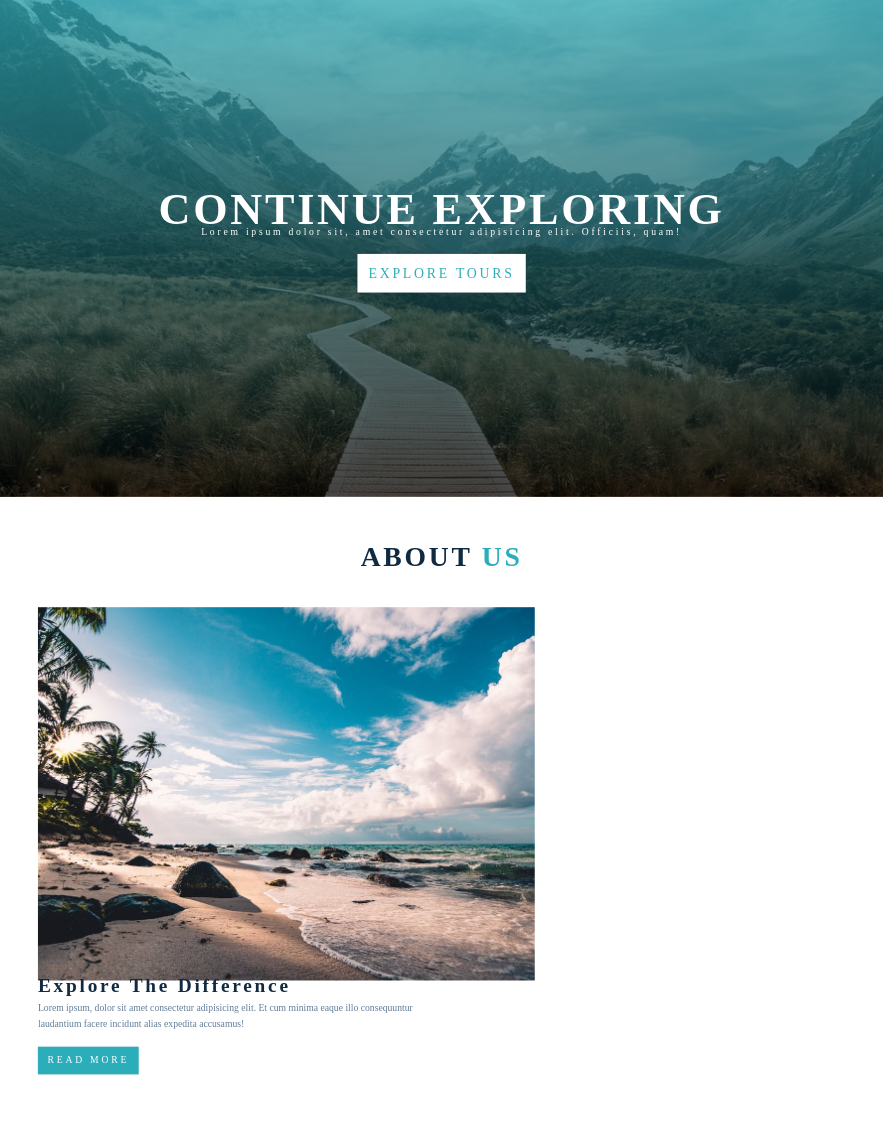
Repository: Ndifoinhilary/flexbox-project
Page: index.html
These files come from the project's save history. The page is drawn as it stood at one moment and after the next save; the edit follows.
The browser window is 1280 px wide. The pictures show the whole page, at 69% of full size.

Above is the page before, as saved 2024-01-18 15:26:43.

After the next save:
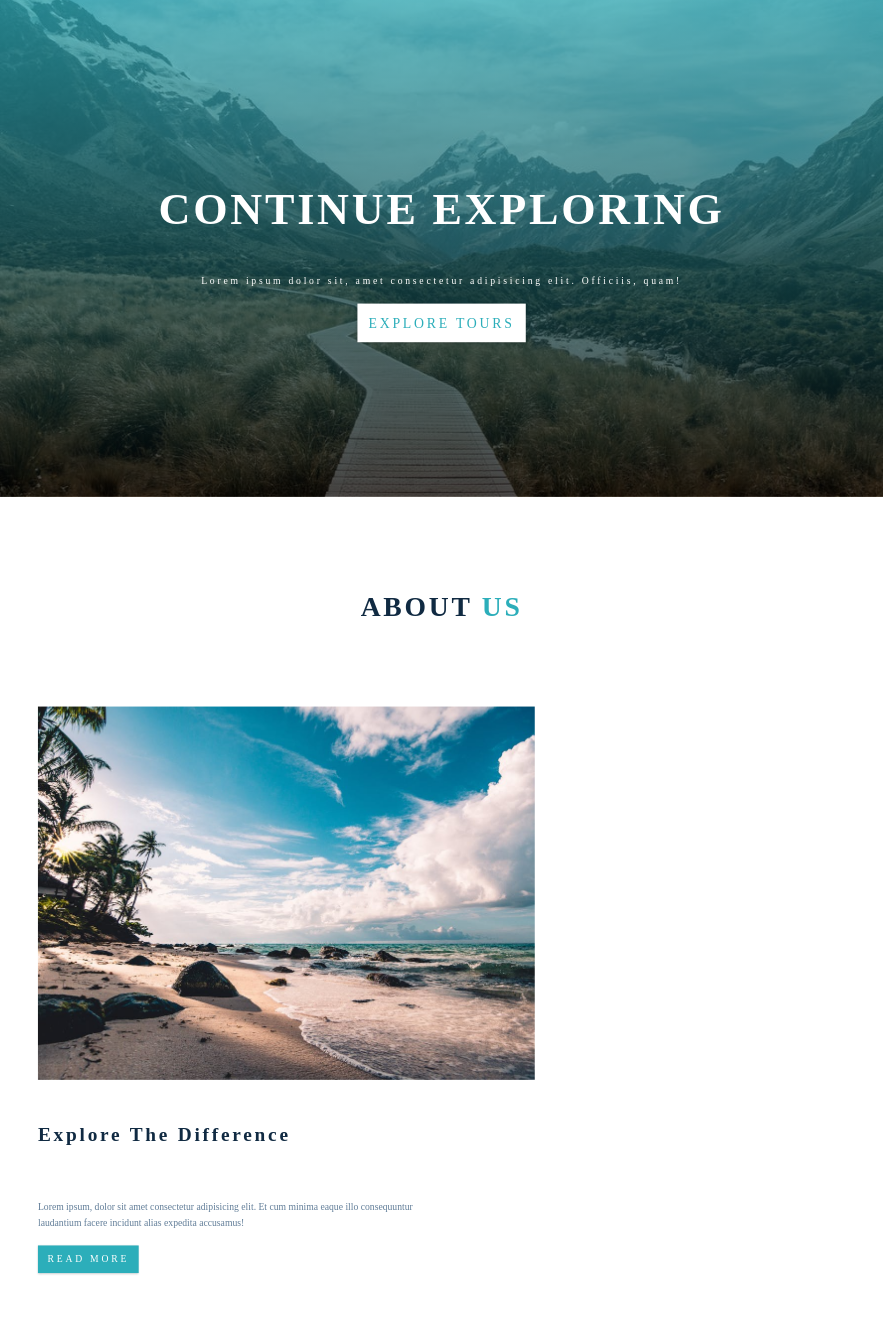
Saved 23 s later.
--- a/css/main.css
+++ b/css/main.css
@@ -109,7 +109,7 @@
     font-size: 1rem;
   }
   h1,h2,h3,h4{
-    line-height: 1rem;
+    line-height: 10rem;
   }
 }
 

After the save that followed:
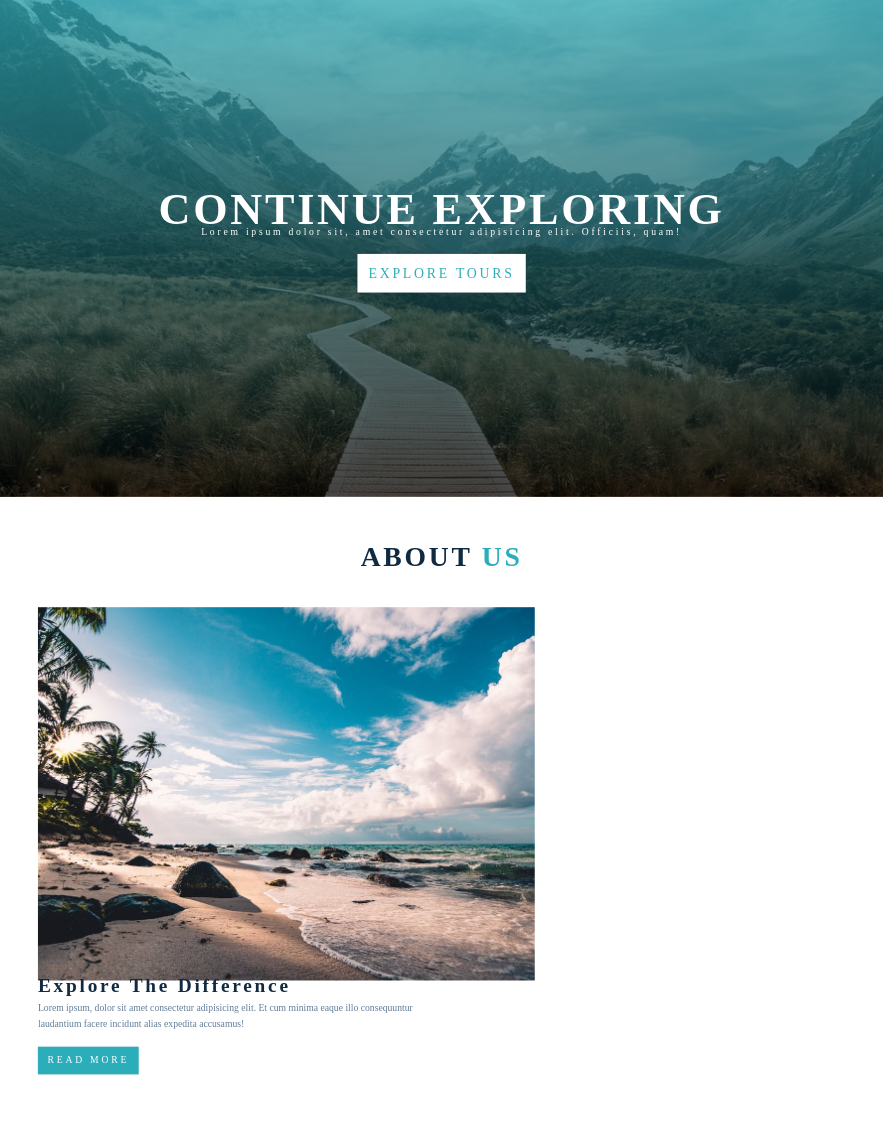
Saved 16 s later.
--- a/css/main.css
+++ b/css/main.css
@@ -109,7 +109,7 @@
     font-size: 1rem;
   }
   h1,h2,h3,h4{
-    line-height: 10rem;
+    line-height: 1rem;
   }
 }
 
